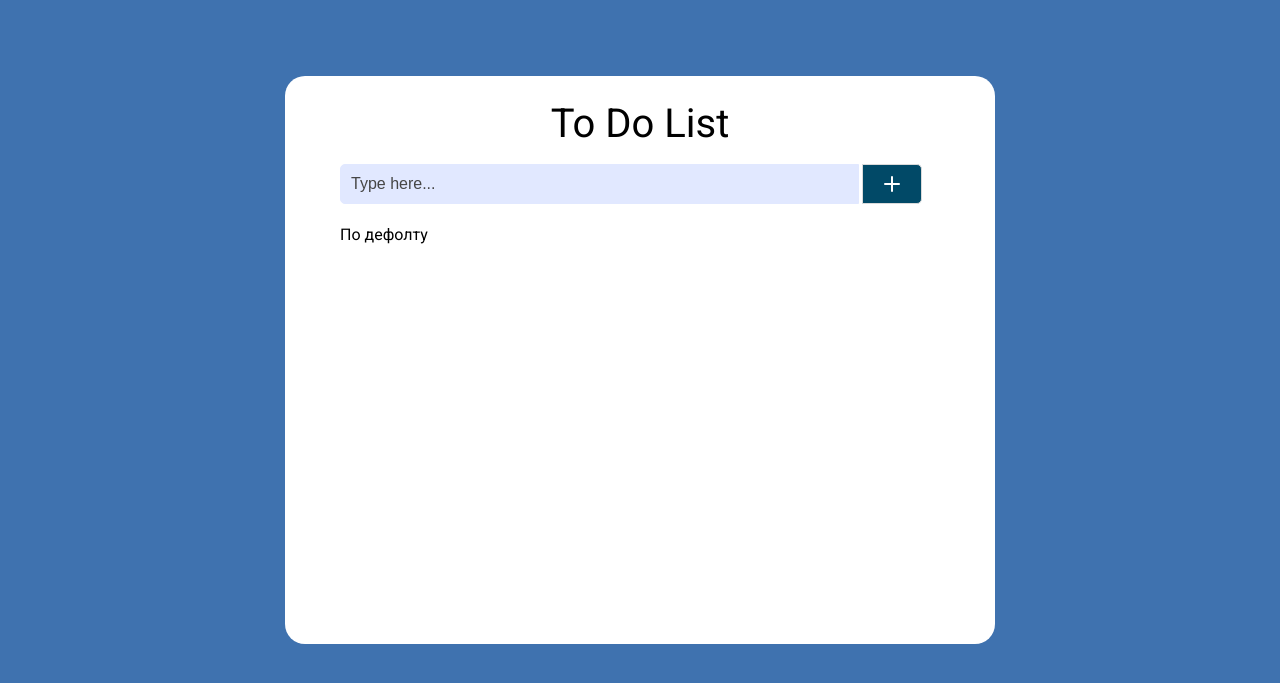
Repository: Azimich/react_ts_todo_vite_zustand
Page: /
The author's editor kept a copy of each file at every save. The page is drawn from the files as they stood at one save, then again after the next save.
The browser window is 1280 px wide. The pictures show the whole page.
The project was rebuilt for these pictures with package versions that can differ from the ones it lists, and the page was loaded fresh each time. Also part of the build but not shown: vite.config.ts.

Above is the page before, as saved 2023-03-29 00:57:03.

After the next save:
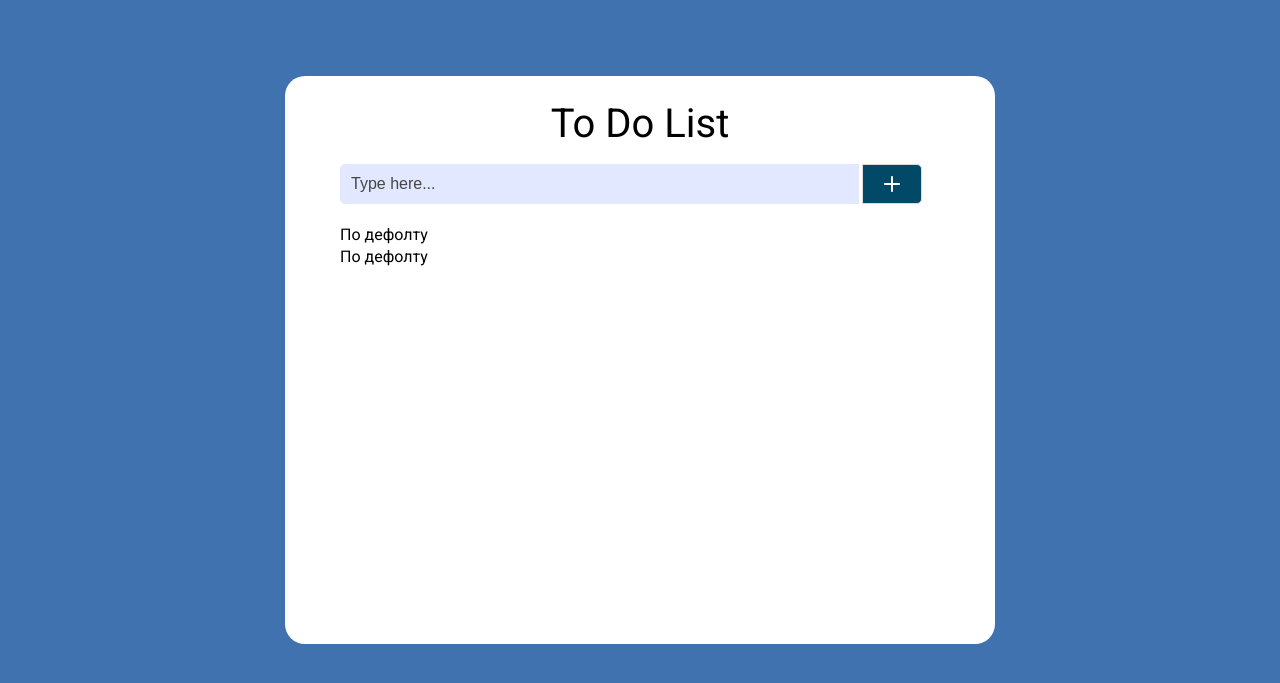
Saved 5 s later.
--- a/src/data/stores/useToDoStore.ts
+++ b/src/data/stores/useToDoStore.ts
@@ -16,6 +16,11 @@ interface ITaskStore {
 
 export const useTuDoStore = create<ITaskStore>((set, get) => ({
   tasks: [
+    {
+      id: 'ffff',
+      title: 'По дефолту',
+      createdAt: 12165
+    },
     {
       id: 'ffff',
       title: 'По дефолту',
